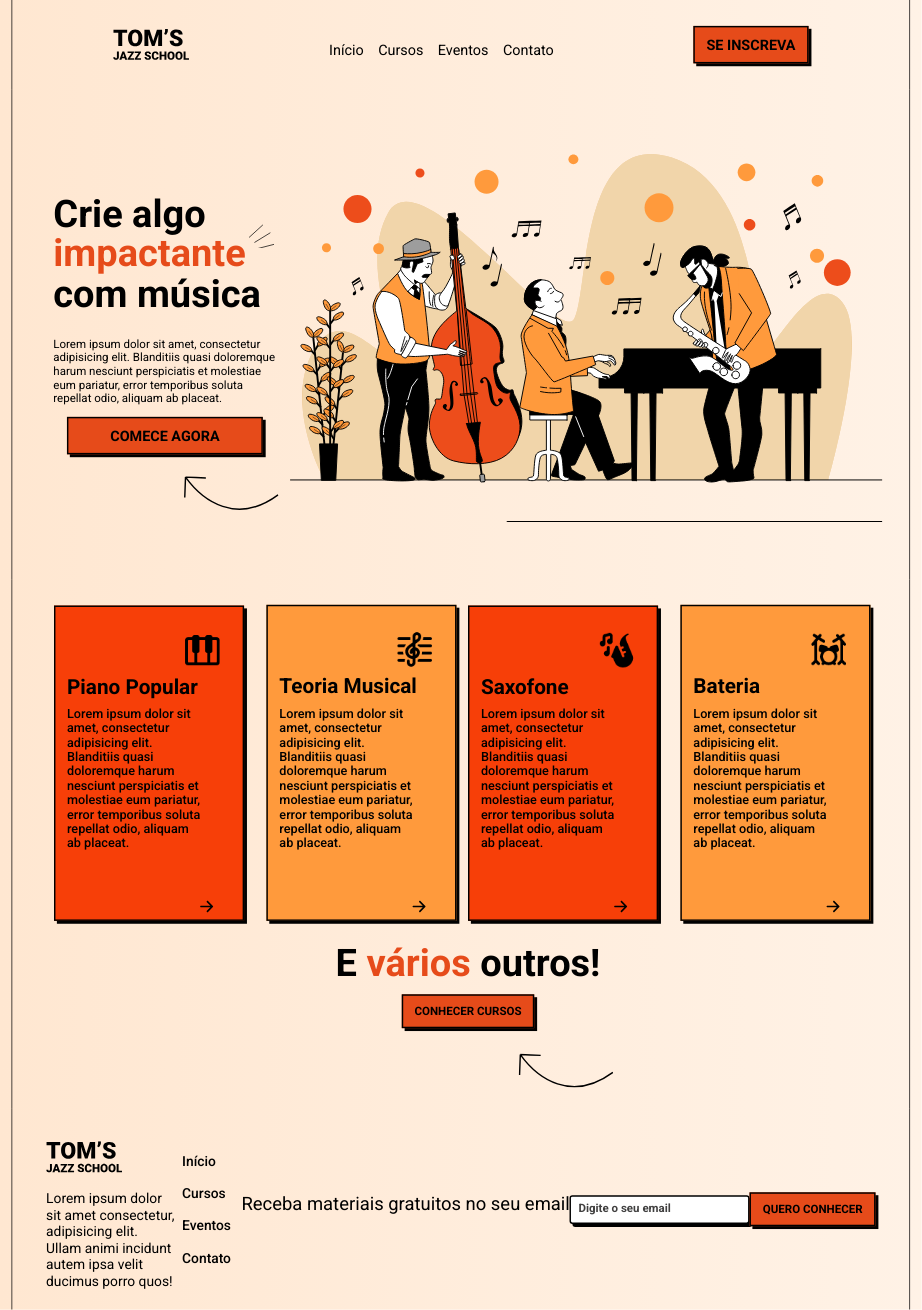
Repository: guilhermecardoso93/obebitecode
Page: index.html
An editor plug-in stored every save of this project. The page is shown before and after the next save, followed by the edit.
The browser window is 1280 px wide. The pictures show the whole page, at 72% of full size.

Above is the page before, as saved 2023-08-16 21:19:47.

### index.html
<!DOCTYPE html>
<html lang="pt-BR">

<head>
  <meta charset="UTF-8" />
  <meta name="viewport" content="width=device-width, initial-scale=1.0" />
  <link rel="preconnect" href="https://fonts.googleapis.com" />
  <link rel="preconnect" href="https://fonts.gstatic.com" crossorigin />
  <link href="https://fonts.googleapis.com/css2?family=Roboto:wght@400;500;700&display=swap" rel="stylesheet" />
  <link rel="stylesheet" href="css/style.css" />
  <title>Tom's Jazz School</title>
</head>

<body>
  <header>
    <div class="container">
      <img src="./assets/logo.svg" alt="Logo da Tom's Jazz School" />
      <nav>
        <a href="/"><span>Início</span></a>
        <a href="/"><span>Cursos</span></a>
        <a href="/"><span>Eventos</span></a>
        <a href="/"><span>Contato</span></a>
      </nav>
      <a href="/" class="subscribeButton subscribeButton mt-1 mx-auto mb-1">Se Inscreva</a>
    </div>
  </header>

  <main>
    <section class="hero-section">
      <div class="container row-reverse">
        <img src="./assets/hero-img.svg" alt="Banda de Jazz Tocando" />
        <div>
          <h1 class="mt-2">
            Crie algo <span class="text-primary decoration">impactante</span> com música
          </h1>
          <p class="mt-2 mb-2"></p>
          Lorem ipsum dolor sit amet, consectetur adipisicing elit. Blanditiis
          quasi doloremque harum nesciunt perspiciatis et molestiae eum
          pariatur, error temporibus soluta repellat odio, aliquam ab placeat.
          </p>
          <a href="/" class="subscribeButton mt-1 mx-auto">Comece Agora</a>
        </div>
      </div>
    </section>
    <section class="hero-section">
      <div class="cards">
        <article class="card">
          <img src="./assets/piano.png" alt="ícone de tecla de piano" />
          <h3>Piano Popular</h3>
          <p>
            Lorem ipsum dolor sit amet, consectetur adipisicing elit.
            Blanditiis quasi doloremque harum nesciunt perspiciatis et
            molestiae eum pariatur, error temporibus soluta repellat odio,
            aliquam ab placeat.
          </p>
          <a href="#">
            <img src="./assets/arrow-right.svg" alt="svg de seta para direita" />
          </a>
        </article>
        <article class="card">
          <img src="./assets/clef.png" alt="Icone de clave de sol" />
          <h3>Teoria Musical</h3>
          <p>
            Lorem ipsum dolor sit amet, consectetur adipisicing elit.
            Blanditiis quasi doloremque harum nesciunt perspiciatis et
            molestiae eum pariatur, error temporibus soluta repellat odio,
            aliquam ab placeat.
          </p>
          <a href="#">
            <img src="./assets/arrow-right.svg" alt="svg de seta para direita" />
          </a>
        </article>
        <article class="card">
          <img src="./assets/sax.png" alt="Icone de saxofone" />
          <h3>Saxofone</h3>
          <p>
            Lorem ipsum dolor sit amet, consectetur adipisicing elit.
            Blanditiis quasi doloremque harum nesciunt perspiciatis et
            molestiae eum pariatur, error temporibus soluta repellat odio,
            aliquam ab placeat.
          </p>
          <a href="#">
            <img src="./assets/arrow-right.svg" alt="svg de seta para direita" />
          </a>
        </article>
        <article class="card">
          <img src="./assets/drums.png" alt="Ícone de bateria" />
          <h3>Bateria</h3>
          <p>
            Lorem ipsum dolor sit amet, consectetur adipisicing elit.
            Blanditiis quasi doloremque harum nesciunt perspiciatis et
            molestiae eum pariatur, error temporibus soluta repellat odio,
            aliquam ab placeat.
          </p>
          <a href="#">
            <img src="./assets/arrow-right.svg" alt="svg de seta para direita" />
          </a>
        </article>
      </div>
      <div class="rodape-article">
        <h1 class=> E <span>vários</span> outros!</h1>
        <a href="/" class="subscribeButton btn-courses">conhecer cursos</a>
      </div>
    </section>
  </main>
  <footer id="contato">
    <div class="container">
      <div class='about'>
        <img src="./assets/logo.svg" alt="Banda de Jazz Tocando" class="mt-1" />
        <p>Lorem ipsum dolor sit amet consectetur, adipisicing elit. Ullam animi incidunt autem ipsa velit ducimus porro
          quos!</p>
      </div>
      <nav class="footer-menu">
        <a href="#inicio"><span>Início</span></a>
        <a href="#cursos"><span>Cursos</span></a>
        <a href="#eventos"><span>Eventos</span></a>
        <a href="#contato"><span>Contato</span></a>
      </nav>
      <label for="email" class="mb-1">Receba materiais gratuitos no seu email</label>
      <input type="email" placeholder="Digite o seu email">
      <a href="/" class="subscribeButton btn-footer">quero conhecer</a>
    </div>
  </footer>
</body>

</html>

### css/style.css
@import url("./basics.css");
@import url("./header.css");
@import url("./main.css");
@import url("./footer.css");
@import url("./responsivo.css");

### css/basics.css
* {
  margin: 0;
  padding: 0;
  box-sizing: border-box;
  font-family: "Roboto", sans-serif;
}

:root {
  --color-primary: #ed4d1b;
  --color-secondary: #ff9a3c;
  --color-black: #000;
  --color-white: #fff;
}

body {
  background: linear-gradient(90deg, #ffe7d1 0%, #fff2e6 100%);
  padding: 0 1rem;
}

body,
html {
  overflow-x: hidden !important;
}

a {
  text-decoration: none;
  cursor: pointer;
}

.mt-1 {
  margin-top: 1rem;
}

.mt-2 {
  margin-top: 2rem;
}

.mb-1 {
  margin-bottom: 1rem;
}

.mb-2 {
  margin-bottom: 2rem;
}

.mx-auto {
  margin-left: auto;
  margin-right: auto;
}

.text-primary {
  color: var(--color-primary);
}

.text-center {
  text-align: center;
}

header,
.hero-section,
.courses-section,
footer {
  border-color: --color-black;
  border-style: solid;
  border-width: 0 1px;
  padding: 20px;
}

.subscribeButton {
  border: 2px solid #000;
  box-shadow: 4px 4px 0 #000;
  font-weight: 600;
  display: block;
  background: #e64b1a;
  text-transform: uppercase;
  font-size: 1.25rem;
  padding: 0.75rem 1rem;
  max-width: 17rem;
  position: relative;
  color: var(--color-black);
  text-align: center;
}

.subscribeButton:hover {
  border: 2px solid #e64b1a;
  box-shadow: 4px 4px 0 #e64b1a;
  font-weight: 600;
  display: block;
  color: #e64b1a;
  text-transform: uppercase;
  font-size: 1.25rem;
  padding: 0.75rem 1rem;
  max-width: 17rem;
  position: relative;
  background: var(--color-black);
  text-align: center;
}

span {
  margin: 0;
}

### css/header.css
header img {
  display: block;
  margin: 1rem auto;
}

header nav {
  display: grid;
  grid-template-columns: 1fr 1fr;
  margin-bottom: 1rem;
  margin: 1rem auto 0;
}

nav a {
  color: var(--color-black);
  font-size: 1.25rem;
  padding: 0.5rem;
  text-decoration: none;
  text-weight: bold;
}

nav a span:hover {
  border-bottom: 3px solid #000;
}

header nav a:nth-child(2n-1) {
  text-align: right;
}

### css/main.css
.hero-section {
  padding-right: 0;
  padding-bottom: 5rem;
}

.hero-section img {
  display: block;
  margin: 1.25rem 0 0 auto;
  max-width: 100%;
}

h1 {
  font-size: 3.3rem;
  line-height: 105%;
  font-weight: 700;
}

h2 {
  font-size: 2.5rem;
}

.hero-section p {
  font-size: 1.25rem;
  padding-right: 1.25rem;
}

.hero-section .subscribeButton {
  position: relative;
}

.hero-section .subscribeButton::after {
  content: "";
  background: url("../assets/arrow-curve.svg") no-repeat;
  display: block;
  content: "";
  width: 100%;
  height: 50px;
  position: absolute;
  top: 5rem;
  left: 10rem;
}

.decoration {
  display: block;
  color: #e64b1a;
  position: relative;
}

.decoration::after {
  content: "";
  background: url("../assets/three-dashes.svg");
  position: absolute;
  top: -1rem;
  height: 36px;
  width: 40px;
}

.courses-section {
  display: grid;
  justify-content: center;
  gap: 20px;
  margin-top: -5rem;
  border-top: none;
}

.card {
  background: #f73f08;
  display: grid;
  justify-content: center;
  align-items: center;
  padding: 1rem 2rem 0 1rem;
  max-width: 16.5rem;
  gap: 10px;
  box-shadow: 4px 4px 0 #000;
  border: 2px solid #000;
}

.card h3 {
  font-size: 1.8rem;
  font-weight: 600;
}

.card p {
  font-size: 1.1rem;
  font-weight: 500;
  margin-bottom: 30px;
}

.card a {
  margin-left: 11rem;
}

.card:nth-child(2n) {
  margin-left: 0.935rem;
  background: #ff9a3c;
}

.rodape-article {
  display: flex;
  flex-direction: column;
  align-items: center;
  gap: 15px;
  font-weight: 900;
  font-size: 2.5rem;
  margin: 2rem 0;
}

.rodape-article span {
  color: #e64b1a;
}

.btn-courses {
  max-width: 13rem;
  font-size: 1rem;
}

.btn-courses:hover {
  max-width: 13rem;
  font-size: 1rem;
}

### css/footer.css
footer {
  display: grid;
  gap: 10px;
}
footer h1 {
  font-size: 1.5rem;
  text-transform: uppercase;
  font-weight: 900;
}

footer span {
  font-size: 3rem;
}

footer p {
  margin-top: 20px;
  font-size: 1.2rem;
}

.footer-menu {
  display: flex;
  flex-direction: column;
  gap: 5px;
  margin: 2rem 0;
}

.footer-menu a span {
  font-size: 1.2rem;
  font-weight: 500;
}

.footer-menu a span:hover {
  border-bottom: 3px solid #000;
}

footer label {
  font-size: 1.6rem;
  line-height: 1;
}
footer input {
  border-radius: 4px;
  padding: 0 10px;
  margin: 1.5rem 0;
  width: 250px;
  height: 40px;
  border: 2px solid #000;
  box-shadow: 4px 4px 0 #000;
}
footer input::placeholder {
  color: #414040;
  font-size: 1rem;
  font-weight: 900;
}

.btn-footer {
  font-size: 1rem;
  max-width: 13rem;
}

.btn-footer:hover {
  font-size: 1rem;
  max-width: 13rem;
}

### css/responsivo.css
@media screen and (min-width: 40rem) {
  header nav {
    display: block;
    text-align: center;
  }

  .cards {
    display: flex;
    flex: 1;
    flex-wrap: wrap;
    justify-content: center;
  }

  .card:nth-child(2n) {
    margin-top: 0.935rem;
    margin-right: 1rem;
  }

  .card:nth-child(2n-1) {
    margin-top: 1rem;
    margin-right: 1rem;
  }
}

@media screen and (min-width: 48rem) {
  header div {
    display: flex;
    align-items: center;
    justify-content: space-between;
  }

  header img,
  header nav,
  haeder a {
    margin: o;
  }
}

@media screen and (min-width: 72rem) {
  .container {
    display: flex;
    align-items: center;
    margin: 0 auto;
    max-width: 72rem;
  }

  .row-reverse {
    flex-direction: row-reverse;
  }

  footer .about {
    flex: 2
  }

  footer nav {
    flex: 1
  }
}

After the next save:
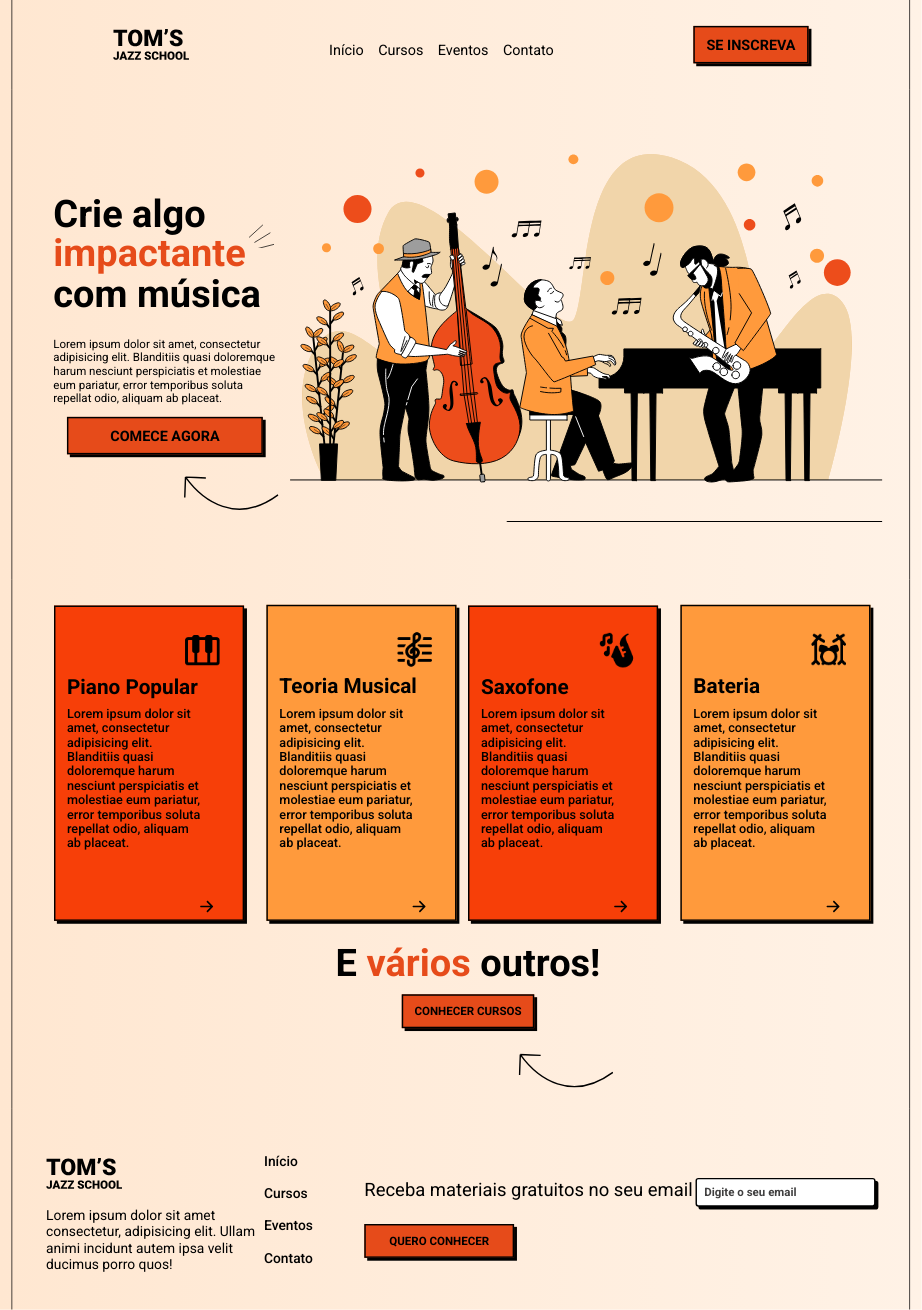
Saved 31 s later.
--- a/index.html
+++ b/index.html
@@ -116,9 +116,11 @@
         <a href="#eventos"><span>Eventos</span></a>
         <a href="#contato"><span>Contato</span></a>
       </nav>
-      <label for="email" class="mb-1">Receba materiais gratuitos no seu email</label>
-      <input type="email" placeholder="Digite o seu email">
-      <a href="/" class="subscribeButton btn-footer">quero conhecer</a>
+      <form>
+        <label for="email" class="mb-1">Receba materiais gratuitos no seu email</label>
+        <input type="email" placeholder="Digite o seu email">
+        <a href="/" class="subscribeButton btn-footer">quero conhecer</a>
+    </form>
     </div>
   </footer>
 </body>
